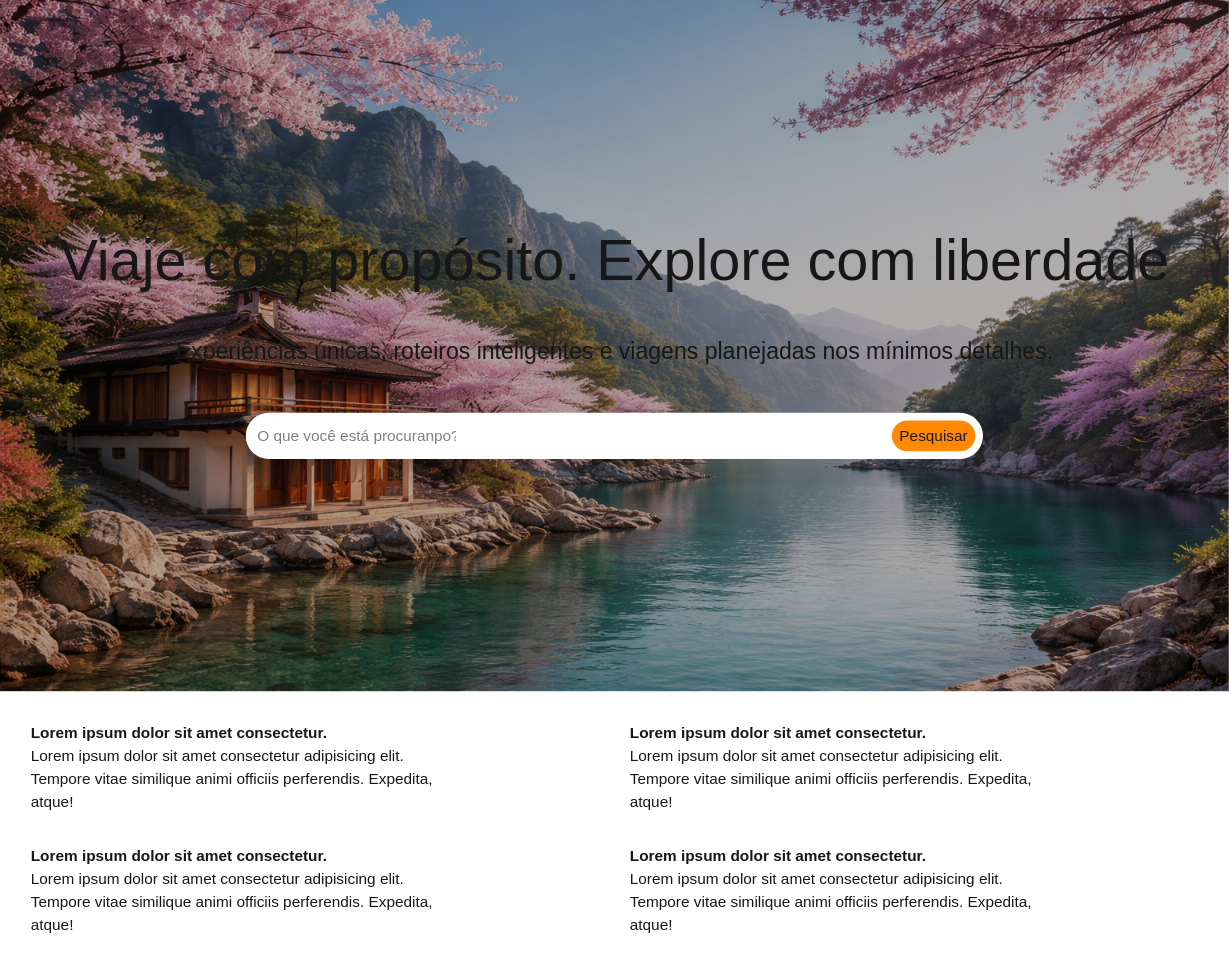
Repository: pedroantoniosi/tripicon-site
Page: /home
An editor plug-in stored every save of this project. The page is shown before and after the next save, followed by the edit.
The browser window is 1280 px wide. The pictures show the whole page, at 96% of full size.
The project was rebuilt for these pictures with package versions that can differ from the ones it lists, and the page was loaded fresh each time. The framework's server and built-in components were replaced by stand-ins that run in the browser. Also part of the build but not shown: next.config.ts.

Above is the page before, as saved 2026-04-01 12:48:53.

After the next save:
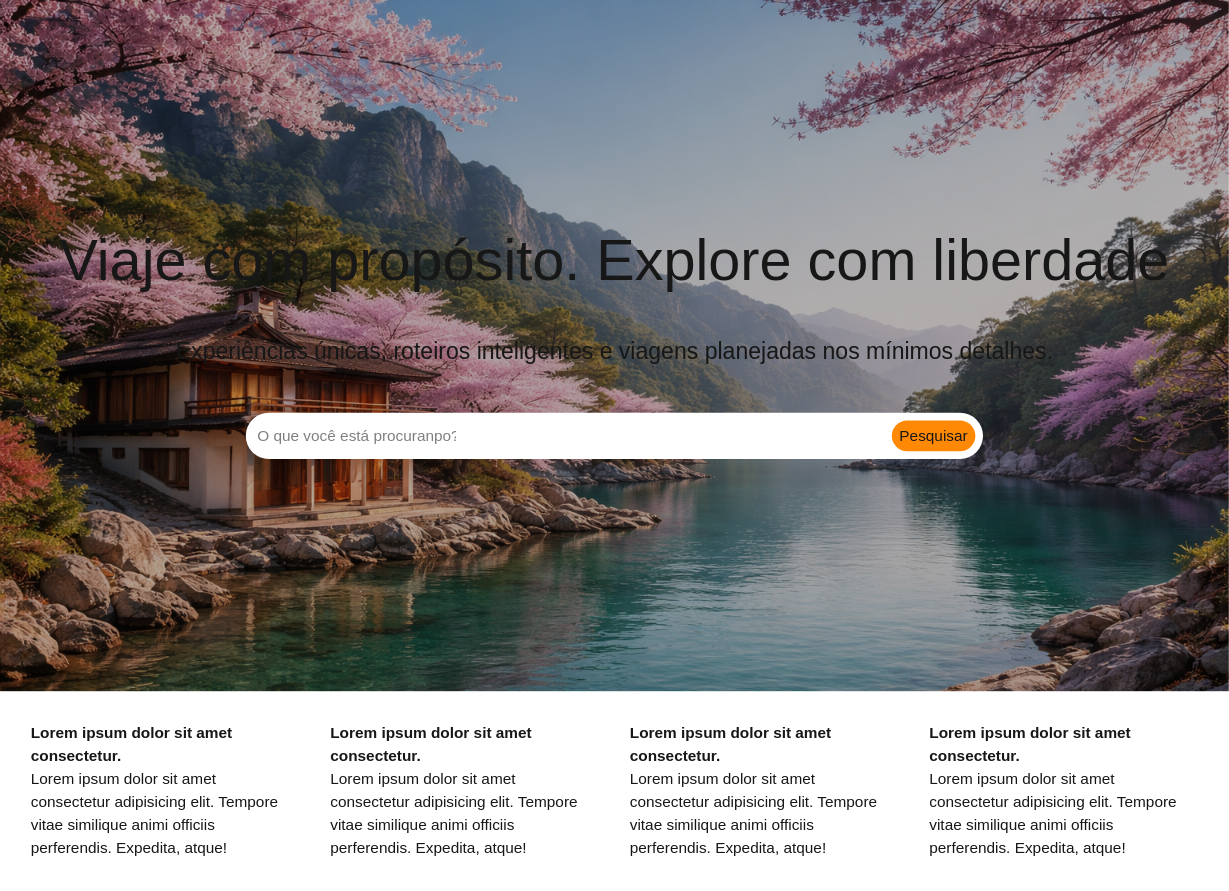
Saved 28 s later.
--- a/src/app/home/page.tsx
+++ b/src/app/home/page.tsx
@@ -17,7 +17,7 @@
           <Searchbar />
         </div>
       </div>
-      <div className="grid grid-cols-1 md:grid-cols-2 gap-[2rem] p-[2rem]">
+      <div className="grid grid-cols-1 md:grid-cols-2 md:grid-cols-4 gap-[2rem] p-[2rem]">
         {Array.from({ length: 4 }).map((_, index) => (
           <div key={index} className="card">
             <img src="" alt="" />

After the 2 saves that followed:
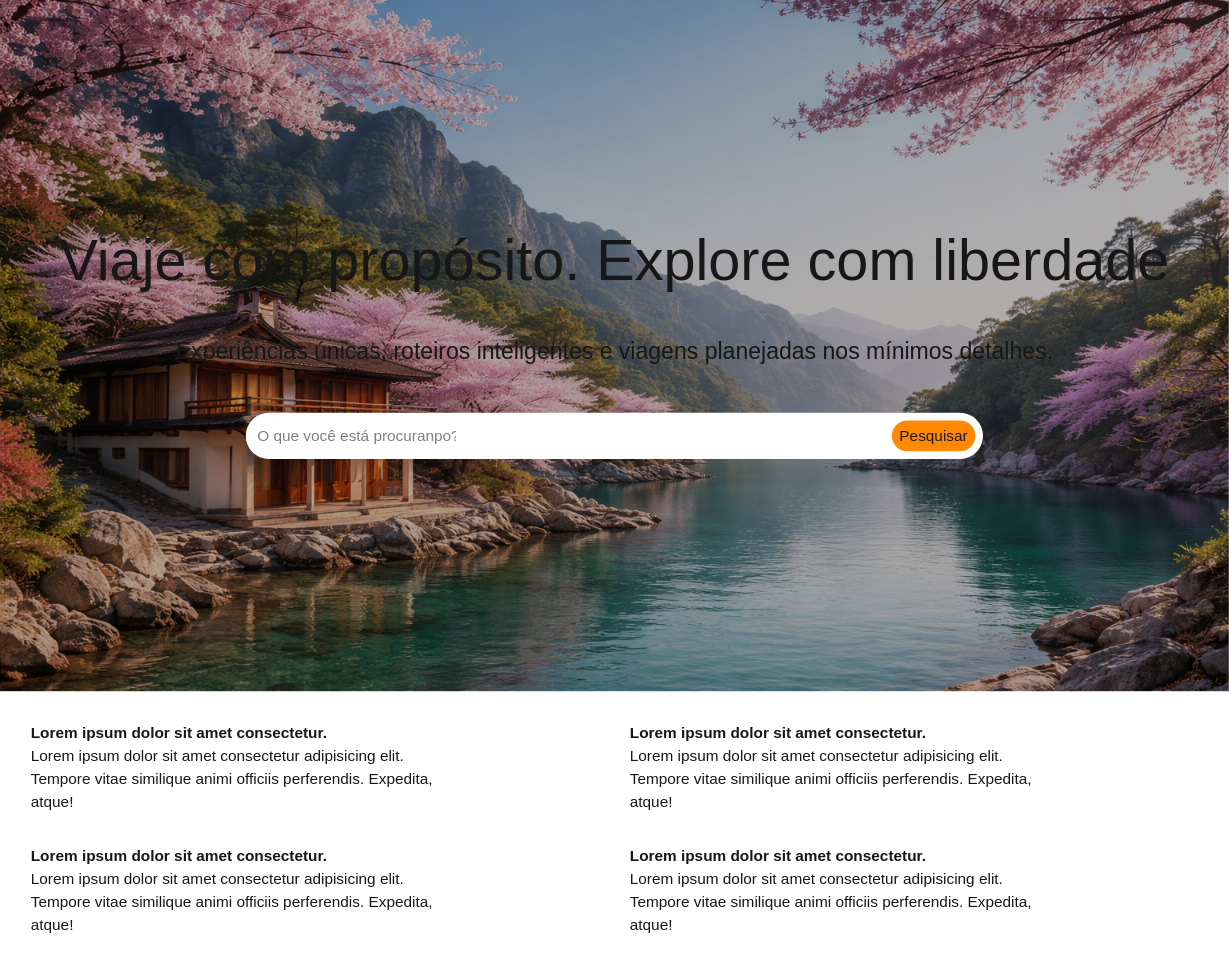
The 2 saves are shown as one change because 1 left the picture as it was.
The last was saved 35 s later.
--- a/src/app/home/page.tsx
+++ b/src/app/home/page.tsx
@@ -17,7 +17,7 @@
           <Searchbar />
         </div>
       </div>
-      <div className="grid grid-cols-1 md:grid-cols-2 md:grid-cols-4 gap-[2rem] p-[2rem]">
+      <div className="grid grid-cols-1 md:grid-cols-2  gap-[2rem] p-[2rem]">
         {Array.from({ length: 4 }).map((_, index) => (
           <div key={index} className="card">
             <img src="" alt="" />
